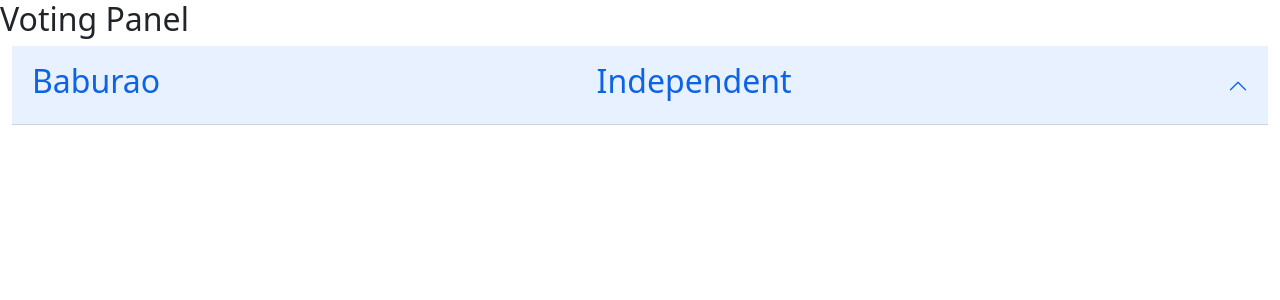
Repository: DavidManiIbrahim/Voting-app
Page: panel.html
The author's editor kept a copy of each file at every save. The page is drawn from the files as they stood at one save, then again after a run of saves.
The browser window is 1280 px wide. The pictures show the whole page.

Above is the page before, as saved 2025-01-20 05:31:10.

After the next 2 saves:
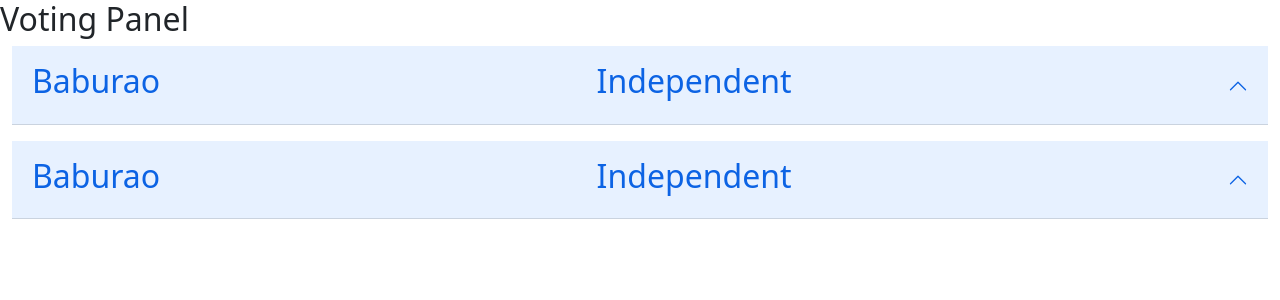
The 2 saves are shown as one change because they came seconds apart.
The last was saved 54 s later.
--- a/panel.html
+++ b/panel.html
@@ -27,6 +27,22 @@
         <li>Education</li>
     </ul>
 </p>
+<button class="accordion-button" data-bs-toggle="collapse"
+data-bs-target="#accord">
+    <h2 class="accor">Baburao</h2>
+    <img src="" alt="">
+
+    <h2 class="ms-auto">Independent</h2>
+    <img src="" alt="">
+</button>
+<p >
+<ul class="collapse list-unstyled" id="accord">
+<li>Name</li>
+<li>Age</li>
+<li>Party</li>
+<li>Education</li>
+</ul>
+</p>
     </div>
 
 
